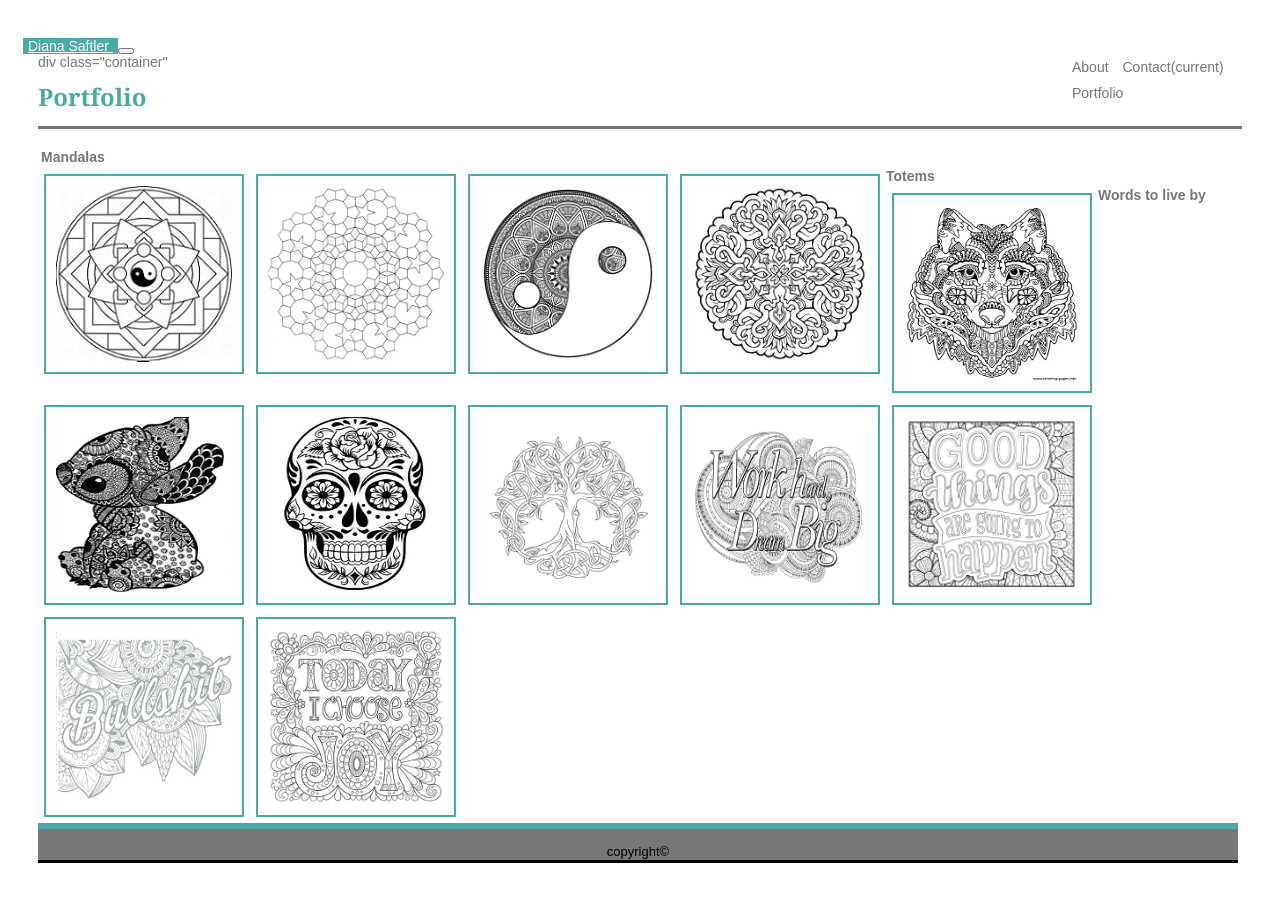
Repository: dsaftler/Bootstrap-Portfolio
Page: portfolio.html
These files come from the project's save history. The page is drawn as it stood at one moment and after the next save; the edit follows.
The browser window is 1280 px wide. The pictures show the whole page.

Above is the page before, as saved 2019-03-20 22:47:48.

### portfolio.html

<html>

        <head>
            <title>Diana Saftler</title>
            <link rel="stylesheet" href+"assets/css/reset.css">
            <link rel="stylesheet" href="assets/css/style.css">
            <link rel="icon" href="assets/images/Peony.jpg" type="image/jpg" sizes="16x16">
            <meta charset="UTD-8">

        </head>

        <body>
            <nav class="navbar navbar-expand-lg navbar-light" >
                <a class="navbar-brand"  style="background-color: #4aaaa5; color: white; padding-right: 5px; padding-left: 5px; margin-left: -15px" href="#"> Diana Saftler </a>
                <button class="navbar-toggler" type="button" data-toggle="collapse" data-target="#navbarSupportedContent" aria-controls="navbarSupportedContent" aria-expanded="false" aria-label="Toggle navigation">
                        <span class="navbar-toggler-icon"></span>
                </button>

                <div class="collapse navbar-collapse" id="navbarSupportedContent">
                        <ul class="navbar-nav ml-auto">
                        <li class="nav-item">
                        <a class="nav-link"href="index.html">About</a>
                        </li>
                        <li class="nav-item active">
                        <a class="nav-link" href="contact.html">Contact<span class="sr-only">(current)</span></a>
                        </li>
                        <li class="nav-item">
                        <a class="nav-link"  href="portfolio.html">Portfolio</a>
                        </li>
                        </ul>
                </div>
            </nav>
            div class="container"
            <div class="col-sx-12 col-sm-12">
                    <h2>Portfolio</h2>
                    <div class="row">
                        <h4>Mandalas</h4>
                        <!-- <div class="col"> -->
                            <div class="content">
                                <a href="assets\gallery\simple_mandala.png" target="Simple Mandala">
                                    <img class="gallery" src="assets\gallery\sm_simple_mandala.png"  alt="Simple Mandala" title="Simple Mandala" class="clickable"></a>

                            </div> <!-- content -->
                            <div class="content">
                                    <a href="assets\gallery\geometric_mandala.png" target="Geometric Mandala">
                                        <img class="gallery" src="assets\gallery\sm_geometric_mandala.png" alt="Geometric Mandala" title="Geometric Mandala"></a>
                            </div> <!-- content -->
                            <div class="content">
                                    <a href="assets\gallery\ying_yang_mandala.png" target="Ying-Yang Mandala">
                                        <img class="gallery" src="assets\gallery\sm_ying_yang_mandala.png" alt="Ying-Yang Mandala" title="Ying-Yang Mandala"></a>
                            </div> <!-- content -->
                            <div class="content">
                                    <a href="assets\gallery\old_english.png" target="Olde English Mandala">
                                    <img class="gallery" src="assets\gallery\sm_old_english.png" alt="Olde English Mandala" title="Olde English Mandala"></a>
                            </div> <!-- content -->
    <!-- I could do rows here, but since everything wraps, I don't have to  -->
                            <h4>Totems</h4>
                            <div class="content">
                                    <a href="assets\gallery\wolf.png" target="Wolf">
                                        <img class="gallery" src="assets\gallery\sm_wolf.png" alt="Wolf" title="Wolf"></a>
                            </div> <!-- content -->
                            <div class="content">
                                    <a href="assets\gallery\stitch.png" target="stitch">
                                    <img class="gallery" src="assets\gallery\sm_stitch.png" alt="Stitch" title="Stitch"></a>
                            </div> <!-- content -->
                            <div class="content">
                                    <a href="assets\gallery\day_of_the_dead.png" target="Day of the Dead">
                                    <img class="gallery" src="assets\gallery\sm_day_of_the_dead.png" alt="Day of the Dead" title="Day of the Dead"></a>
                            </div> <!-- content -->
                            <div class="content">
                                    <a href="assets\gallery\tree_of_life.png" target="Tree of Life">
                                    <img class="gallery" src="assets\gallery\sm_tree_of_life.png" alt="Tree of Life" title="Tree of Life"></a>
                            </div> <!-- content -->
    <!-- I could do rows here, but since everything wraps, I don't have to  -->
                            <h4>Words to live by </h4>
                            <div class="content">

                                    <a href="assets\gallery\work_hard.png" target="Work Hard">
                                    <img class="gallery" src="assets\gallery\sm_work_hard.png" alt="Work Hard" title="Work Hard"></a>
                            </div> <!-- content -->
                            <div class="content">
                                    <a href="assets\gallery\good_things.png" target="Good Things">
                                    <img class="gallery" src="assets\gallery\sm_good_things.png" alt="Good Things" title="Good Things"></a>
                            </div> <!-- content -->
                            <div class="content">
                                    <a href="assets\gallery\bad_word.png" target="Bad Word">
                                    <img class="gallery" src="assets\gallery\sm_bad_word.png" alt="@#!#%!!!" title="@#!#%!!!"></a>
                            </div> <!-- content -->
                            <div class="content">
                                    <a href="assets\gallery\choose_joy.png" target="Choose Joy">
                                    <img class="gallery" src="assets\gallery\sm_choose_joy.png" alt="Choose Joy" title="Choose Joy"></a>
                            </div> <!-- content -->

                         <!-- </div class="col"> -->
                    </div><!-- row -->
                </div>    <!-- center-panel -->
            </div>  <!-- bg-pattern -->
            <footer>copyright&copy</footer>
        </body>

</html>

### Assets/CSS/style.css
* {
    box-sizing: border-box;
}

body {
    font-size: 14px;
    font-family: Arial, "Helvetica Neue", Helvetica, sans-serif;
    background-color: #ffffff;
    padding: 30px;
    color:  #777777;

}
header{
    left: 80px;
    background-color: #ffffff;
    height: 25px;
    width: 1200px;
}
footer {
    color: black;
    font-size: small;
    text-align: center;
    padding: 15px;
    clear: both;
    background-color: #777777;
    height: 40px;
    width: 1200px;
    border-style: solid;
    border-top-color: #4aaaa5;
    border-top-width: 6px;
    border-left-width: 0;
    border-right-width: 0;
}
p {
    padding: 0 0 10 0;
}

.bg-pattern {
    clear: both;
  /* margin-top: 40px; */
  padding: 50px;
  padding-top: 5px;
  /* background-color: #b1f3f3;  */
  height: 650px;
  width: 1200px;

  background-image: url("../images/circles-light.png");
  border-style: solid;
  border-top-color: #999a9b;
  border-top-width: 2px;
  border-left-width: 0;
  border-right-width: 0;
  border-bottom-color: #4aaaa5;
  border-bottom-width: 6px;

}

.center-panel {
    clear: both;
    display: inline-block;
    /* position: absolute; */
    top: 150px;
    right: 0;
    bottom: 0;
    left: 0;
    margin-left: 75px;
    margin-top: 20px;
    width: 960px;
    height: 535px;
    background-color: #ffffff;
    padding: 25px;
    overflow: auto;
    z-index: 1;

}

ul {
    list-style-type: none;
    margin: 0;
    padding: 0;
}

li a {
    display: block;
    width: 60 px;
}



ul {
    list-style-type: none;
    margin: 0;
    padding: 0;
    float: right;
    width: 175px;
}

li { display: inline-block; }

li a {
    color: #777777;
    text-decoration: none;
    padding: 5px;
}

li a:hover {
    background-color: #4aaaa5;
    color: white;

}
h1, h2 {font-family: Georgia, Times, "Times New Roman", serif;}
h1 {
    float: left;
    box-shadow: 10px 0px 0px 0px #4aaaa5, -10px 0px 0px 0px #4aaaa5;

    height: 65px;
    /* width: 200px; */

    top: 0;
    margin: 0;
    margin-left: 135px;

    background-color: #4aaaa5;
    color: white;
    font-size: 30px;
    text-align: center;
    padding: 10px 0;
    /* padding: 10px; */
}

h2 {
    font-size: 24px;
    margin-top: 10px;
    color: #4aaaa5;
    padding-bottom: 13px;
    border-bottom: 3px solid #777777;
}
h4 { margin: 3px}


.image_about {
    float: left;
    padding-right: 20px;
    padding-bottom: 20px;
    width: 230px;
    height: 310px;
}

input[type="text"] {
    width : 450px;
    margin: 0;
    padding: 2px;
    padding-left: 10px;
    -webkit-box-sizing: border-box; /* For legacy WebKit based browsers */
       -moz-box-sizing: border-box; /* For legacy (Firefox <29) Gecko based browsers */
            box-sizing: border-box;
}

.textbox {
    border:1px solid  #777777;
    padding: 10px;
    width: 650;
    height: 175px;
    font-size: 13.33px;
    font-family: Arial, Helvetica, sans-serif;
}
.submit {
    display: block;
    width: 60px;
    height: 29px;
    background-color: #4aaaa5;
    color: #ffffff;
    font-weight: bold;
}
.portfolio {
    max-width:100%;
    max-height: 100%
   }
.content {
    padding: 6px;
    float: left;
}

.row {
    margin: 0;
    height: 225px;
}
.row,
.row > .column {
    padding: 5 px;
}
.col {
   float:left;
    height: 225px;
     width: 25%;
     margin: 0;
}
.row:after {
    content: "";
    display: table;
    clear: both;
}
.gallery {
    border: 2px solid #4aaaa5;
    padding: 10px;
    height: 200px;
    width: 200px;
}
.gallery:hover {
    border-color: #06faee;
}
.box {
    height:150px;
    border: solid;
    border-width: 1px;

}
/* portfolio page */

.work {
    position: relative;
    float: left;
    width: 274px;
    margin: 20px 0 25px;
    overflow: auto;
  }

  .work:nth-child(even) {
    margin-right: 40px;
  }

  .work img {
    width: 100%;
    border: 0 none;
    opacity: 0.8;
  }

  .work h3 {
    position: absolute;
    bottom: 20px;
    width: 100%;
    padding: 15px;
    margin-bottom: 0;
    font-weight: 300;
    line-height: 30px;
    color: #ffffff;
    text-align: center;
    background: #4aaaa5;
    border-bottom: 0;
  }

  .auth-image {
    float: left;
    width: 200px;
    height: auto;
    margin-top: 10px;
    margin-right: 25px;
  }
  #masthead {
    position: fixed;
    z-index: 99;
    width: 100%;
    margin: 0 0 30px;
    overflow: auto;
    color: #ffffff;
    background: #ffffff;
    border-bottom: 2px solid #cccccc;
  }

  #logo {
    float: left;
    width: 250px;
    height: 90px;
    font-family: Georgia, Times, "Times New Roman", serif;
    font-size: 30px;
    font-weight: 700;
    line-height: 90px;
    color: #ffffff;
    text-align: center;
    text-decoration: none;
    background: #4aaaa5;
  }
  #main-container {
    padding-top: 130px;
    min-height: calc(100vh - 70px);
  }

  .main-section {
    float: left;
    width: 100%;
    max-width: 960px;
    padding: 30px;
    margin: 0 0 40px;
    background: #ffffff;
    border: 1px solid #dddddd;
  }

After the next save:
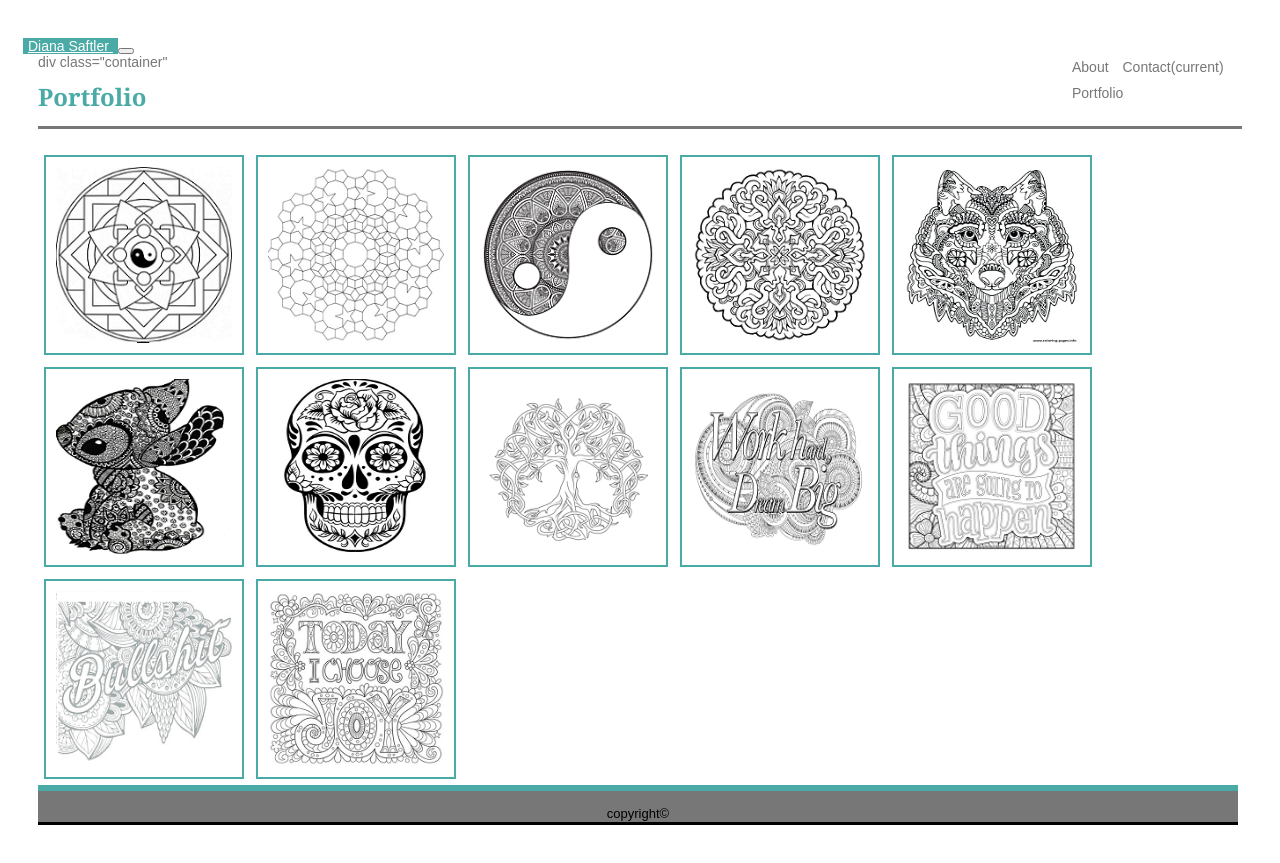
Saved 74 s later.
--- a/portfolio.html
+++ b/portfolio.html
@@ -35,7 +35,7 @@
             <div class="col-sx-12 col-sm-12">
                     <h2>Portfolio</h2>
                     <div class="row">
-                        <h4>Mandalas</h4>
+
                         <!-- <div class="col"> -->
                             <div class="content">
                                 <a href="assets\gallery\simple_mandala.png" target="Simple Mandala">
@@ -55,7 +55,7 @@
                                     <img class="gallery" src="assets\gallery\sm_old_english.png" alt="Olde English Mandala" title="Olde English Mandala"></a>
                             </div> <!-- content -->
     <!-- I could do rows here, but since everything wraps, I don't have to  -->
-                            <h4>Totems</h4>
+
                             <div class="content">
                                     <a href="assets\gallery\wolf.png" target="Wolf">
                                         <img class="gallery" src="assets\gallery\sm_wolf.png" alt="Wolf" title="Wolf"></a>
@@ -73,7 +73,7 @@
                                     <img class="gallery" src="assets\gallery\sm_tree_of_life.png" alt="Tree of Life" title="Tree of Life"></a>
                             </div> <!-- content -->
     <!-- I could do rows here, but since everything wraps, I don't have to  -->
-                            <h4>Words to live by </h4>
+
                             <div class="content">
 
                                     <a href="assets\gallery\work_hard.png" target="Work Hard">
